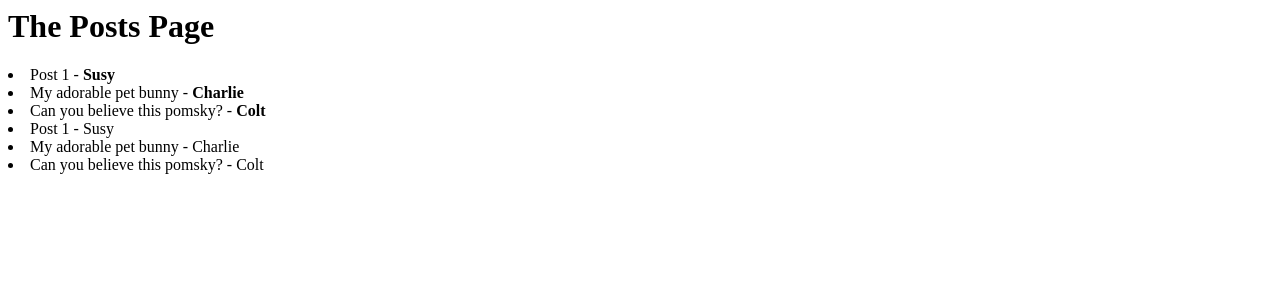
Repository: ricky-026/webdevbootcamp
Page: http://localhost/posts
The author's editor kept a record of every edit. The page is drawn from the files as they stood at one moment, then again after the next edit.
The browser window is 1280 px wide. The pictures show the whole page.
The page is served by the project's Node server (MoreExpress/EJSDemo/app.js).

Above is the page before.

### MoreExpress/EJSDemo/views/posts.ejs


<h1>The Posts Page</h1>


<% for (var  i = 0; i < posts.length; i++){ %>

  <li><%= posts[i].title %> - <strong><%= posts[i].author%> </strong></li>

<% } %>



<% posts.forEach(function (post){ %>

    <li><%= post.title %> - <%= post.author%> </li>
<% }); %>

### MoreExpress/EJSDemo/app.js
var express = require("express");
var app = express();

app.get("/", function(req, res){
   res.render("home.ejs");
   //find this ejs fine from views
   //views is not a arbitrary directory
   //res.send("<h1>Welcome to the home page!</h1> <h2>blah blah</h2>");
});

app.get("/fallinlovewith/:thing", function(req, res){
   var thing = req.params.thing;
   res.render("love.ejs", {thingVar : thing}); //you can pass a js object
});


app.get("/posts", function(req, res){
   var posts = [{title: "Post 1", author: "Susy"},
                {title: "My adorable pet bunny", author: "Charlie"},
                {title: "Can you believe this pomsky?", author:"Colt"}
                ];

   res.render("posts.ejs", {posts: posts});

});

app.listen(process.env.PORT, process.env.IP, function(){
    console.log("Server is listening!!");
});

//you needto npm install ejs
//important
//communication between files

### MoreExpress/EJSDemo/views/footer.ejs
<p> HELLLLLLLO</p>

After the next edit:
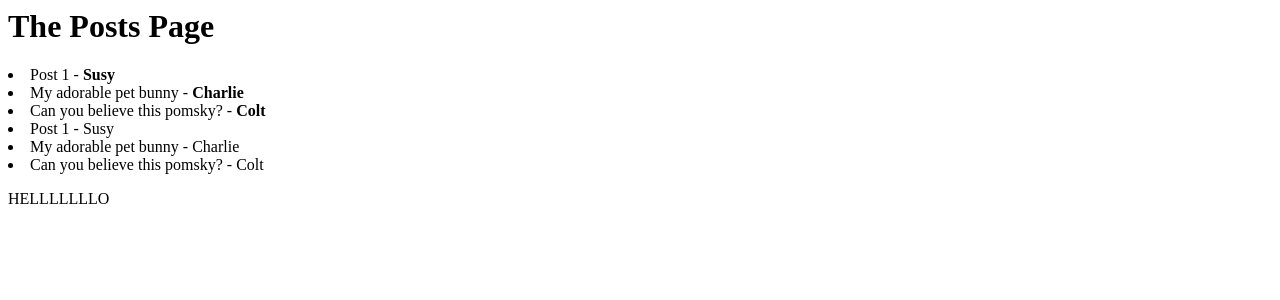
The edit:
--- a/MoreExpress/EJSDemo/views/posts.ejs
+++ b/MoreExpress/EJSDemo/views/posts.ejs
@@ -15,3 +15,6 @@
 
     <li><%= post.title %> - <%= post.author%> </li>
 <% }); %>
+
+
+<% include footer %>
